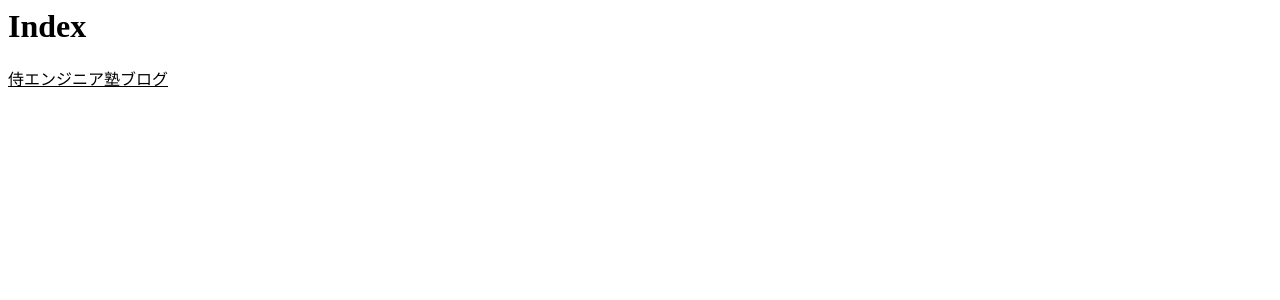
Repository: atsu03/samurai_HTML-CSS
Page: index.html
The author's editor kept a record of every edit. The page is drawn from the files as they stood at one moment, then again after the next edit.
The browser window is 1280 px wide. The pictures show the whole page.
The pointer rests on the first visible `a`.

Above is the page before.

### index.html
<html lang="ja">
    <head>
        <style>
            a:link {
                color: black;
            }

            a:visited {
                color: red;
            }
        </style>
    </head>
    <body>
        <h1>Index</h1>
        <a href="https://www.sejuku.net/blog/">侍エンジニア塾ブログ</a>
    </body>
</html>

After the next edit:
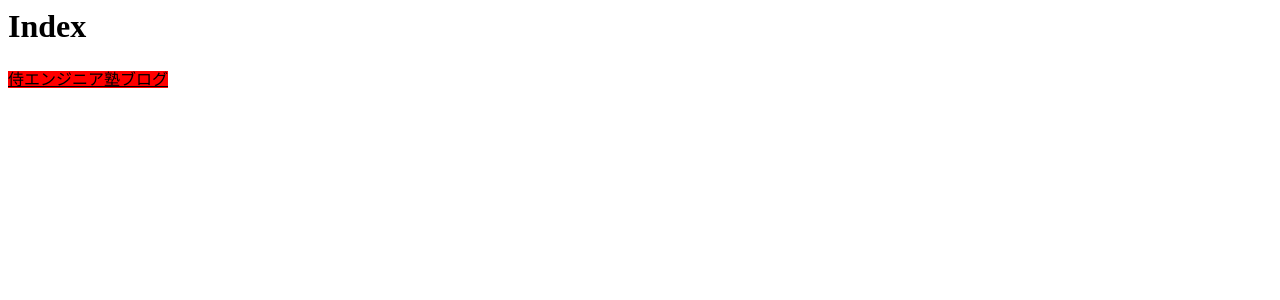
The edit:
--- a/index.html
+++ b/index.html
@@ -8,6 +8,9 @@
             a:visited {
                 color: red;
             }
+            a:hover {
+                background-color: red;
+            }
         </style>
     </head>
     <body>
